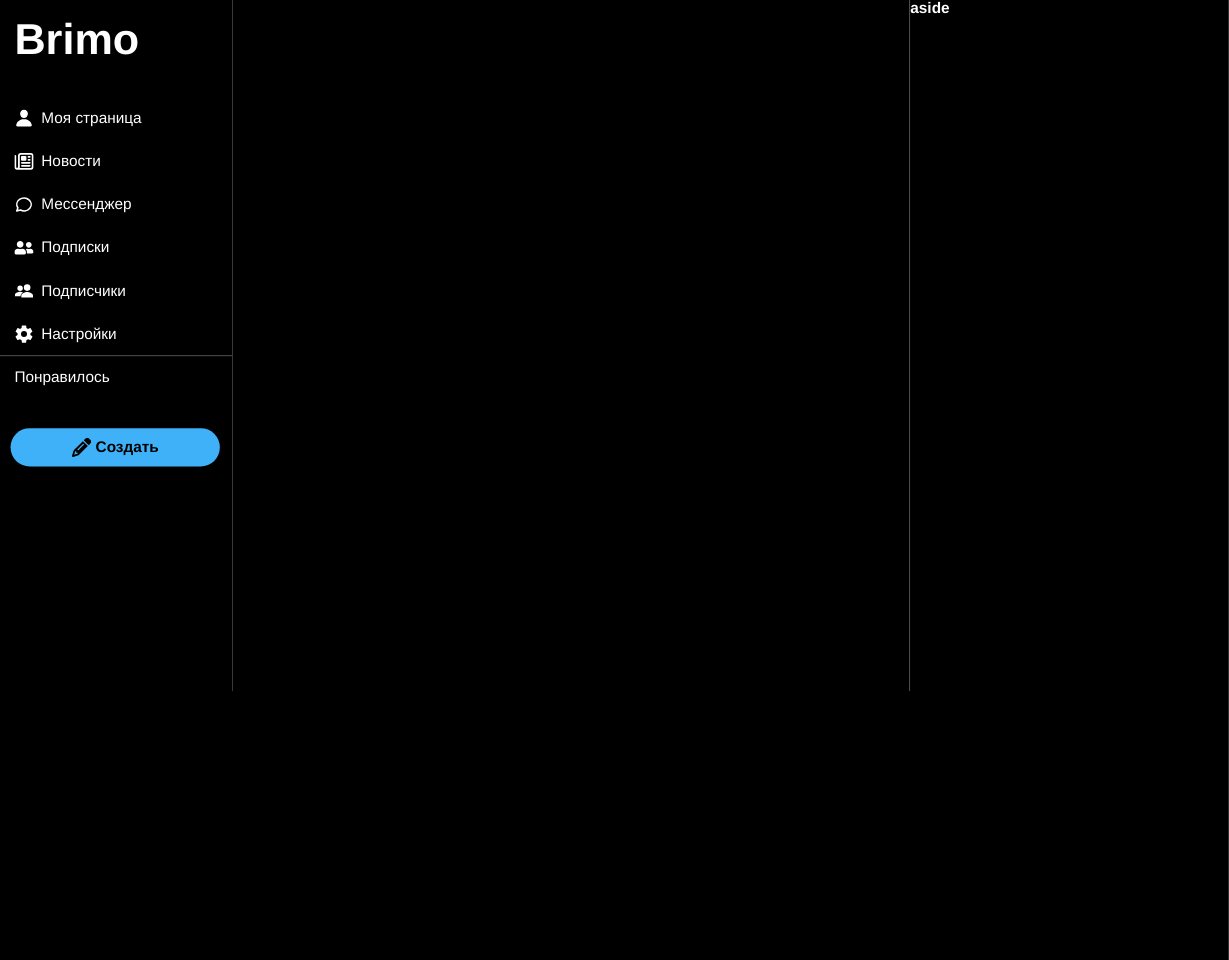
Repository: MaksimKrupkin/socialNetwork
Page: / (app in frontend/socialNetworkFrontend/)
These files come from the project's save history. The page is drawn as it stood at one moment and after the next save; the edit follows.
The browser window is 1280 px wide. The pictures show the whole page, at 96% of full size.
The project was rebuilt for these pictures with package versions that can differ from the ones it lists, and the page was loaded fresh each time. Also part of the build but not shown: frontend/socialNetworkFrontend/vite.config.js, frontend/socialNetworkFrontend/src/index.css, frontend/socialNetworkFrontend/src/Components/Search/Search.Module.Scss.

Above is the page before, as saved 2024-11-27 20:55:33.

### frontend/socialNetworkFrontend/index.html
<!DOCTYPE html>
<html lang="en">
  <head>
    <meta charset="UTF-8" />
    <link rel="icon" type="image/svg+xml" href="/vite.svg" />
    <meta name="viewport" content="width=device-width, initial-scale=1.0" />
    <title>Brimo</title>
  </head>
  <body>
    <div id="root"></div>
    <script type="module" src="/src/main.jsx"></script>
  </body>
</html>

### frontend/socialNetworkFrontend/src/App.jsx
import './App.css';
import { Routes, Route } from 'react-router-dom';
import MainPage from './Pages/MainPage/MainPage';

function App() {
  return (
    <div>
      <Routes>
        <Route path="/" element={<MainPage />} />
      </Routes>
    </div>
  );
}

export default App;

### frontend/socialNetworkFrontend/src/Pages/MainPage/MainPage.jsx
import React from 'react';
import styles from './MainPage.module.scss';
import Navigation from '../../Components/Navigation/Navigation';
import Aside from '../../Components/Aside/Aside';

function MainPage() {
  return (
    <div className={styles.wrapper}>
      <Navigation />
      <Aside />
    </div>
  );
}
export default MainPage;

### frontend/socialNetworkFrontend/src/Pages/MainPage/MainPage.module.scss
.wrapper {
  margin: 0 auto;
  background-color: black;
  width: 100%;
  height: 1000px;
  color: white;
  font-weight: 700;
  font-family: 'Favorit Modern', 'Helvetica Neue', 'HelveticaNeue', Arial, Helvetica, sans-serif;
}

### frontend/socialNetworkFrontend/src/Components/Navigation/Navigation.jsx
import React from 'react';
import styles from './Navigation.module.scss';
import { FaRegNewspaper } from 'react-icons/fa6';
import { TbMessageCircle } from 'react-icons/tb';
import { IoPerson } from 'react-icons/io5';
import { FaUserFriends } from 'react-icons/fa';
import { IoPeopleSharp } from 'react-icons/io5';
import { IoSettingsSharp } from 'react-icons/io5';
import { FaPencil } from 'react-icons/fa6';

const Navigation = () => {
  return (
    <div className={styles.wrapper}>
      <header className={styles.header}>
        <div className={styles.logo}>Brimo</div>
      </header>
      <div className={styles.item}>
        <IoPerson fontSize={20} />
        <span className={styles.text}>Моя страница</span>
      </div>
      <div className={styles.item}>
        <FaRegNewspaper fontSize={20} />
        <span className={styles.text}>Новости</span>
      </div>
      <div className={styles.item}>
        <TbMessageCircle fontSize={20} />
        <span className={styles.text}>Мессенджер</span>
      </div>
      <div className={styles.item}>
        <FaUserFriends fontSize={20} />
        <span className={styles.text}>Подписки</span>
      </div>
      <div className={styles.item}>
        <IoPeopleSharp fontSize={20} />
        <span className={styles.text}>Подписчики</span>
      </div>
      <div className={styles.item}>
        <IoSettingsSharp fontSize={20} />
        <span className={styles.text}>Настройки</span>
      </div>
      <hr className={styles.line} />
      <div className={styles.item}>
        <span className={styles.text}>Понравилось</span>
      </div>
      <div className={styles.create_new}>
        <FaPencil style={{ color: 'black', fontSize: '20px' }} />
        <span className={styles.button_text}>Создать</span>
      </div>
    </div>
  );
};

export default Navigation;

### frontend/socialNetworkFrontend/src/Components/Aside/Aside.jsx
import React from 'react';
import styles from './Aside.module.scss';

function Aside() {
  return <div className={styles.wrapper}>aside</div>;
}

export default Aside;

### frontend/socialNetworkFrontend/src/Components/Navigation/Navigation.module.scss
.wrapper {
  width: 19%;
  height: 100vh;
  position: fixed;
  top: 0;
  left: 0;
  margin-top: 0px;
  overflow-y: hidden;
  border-right: 0.5px solid rgb(83, 83, 90);
}
.header {
  height: 100px;
  padding: 15px;
  .logo {
    font-size: 45px;
  }
}
.item {
  padding-left: 15px;
  height: 45px;
  display: flex;
  align-items: center;
  justify-content: flex-start;
  gap: 8px;
}
.text {
  font-size: 16px;
  font-weight: 300;
}
.item:hover {
  background-color: rgb(34, 34, 34);
}
.line {
  width: 100%;
  height: 0.5px;
  background-color: rgb(83, 83, 90);
  border: none;
}

.create_new {
  margin-left: 11px;
  margin-top: 30px;
  width: 90%;
  height: 40px;
  background-color: rgb(63, 177, 248);
  border-radius: 25px;
  display: flex;
  justify-content: center;
  align-items: center;
  gap: 5px;
  .button_text {
    color: black;
  }
}
.create_new:hover {
  background-color: rgb(92, 189, 250);
  transition: all 0.1s ease-in;
}

### frontend/socialNetworkFrontend/src/Components/Aside/Aside.module.scss
.wrapper {
  position: fixed;
  width: 26%;
  height: 100%;
  right: 0;
  top: 0;
  border-left: 0.5px solid rgb(83, 83, 90);
}

### frontend/socialNetworkFrontend/src/Components/Search/Search.jsx
import React from 'react';
import styles from './Search.Module.scss';
import { IoSearchSharp } from 'react-icons/io5';

function Search() {
  return (
    <div className={styles.wrapper}>
      <IoSearchSharp />
      <input type="text" placeholder="Поиск в Brimo" />
    </div>
  );
}

export default Search;

Loaded but not shown: frontend/socialNetworkFrontend/src/main.jsx (common file); frontend/socialNetworkFrontend/src/App.css (common file)

After the next save:
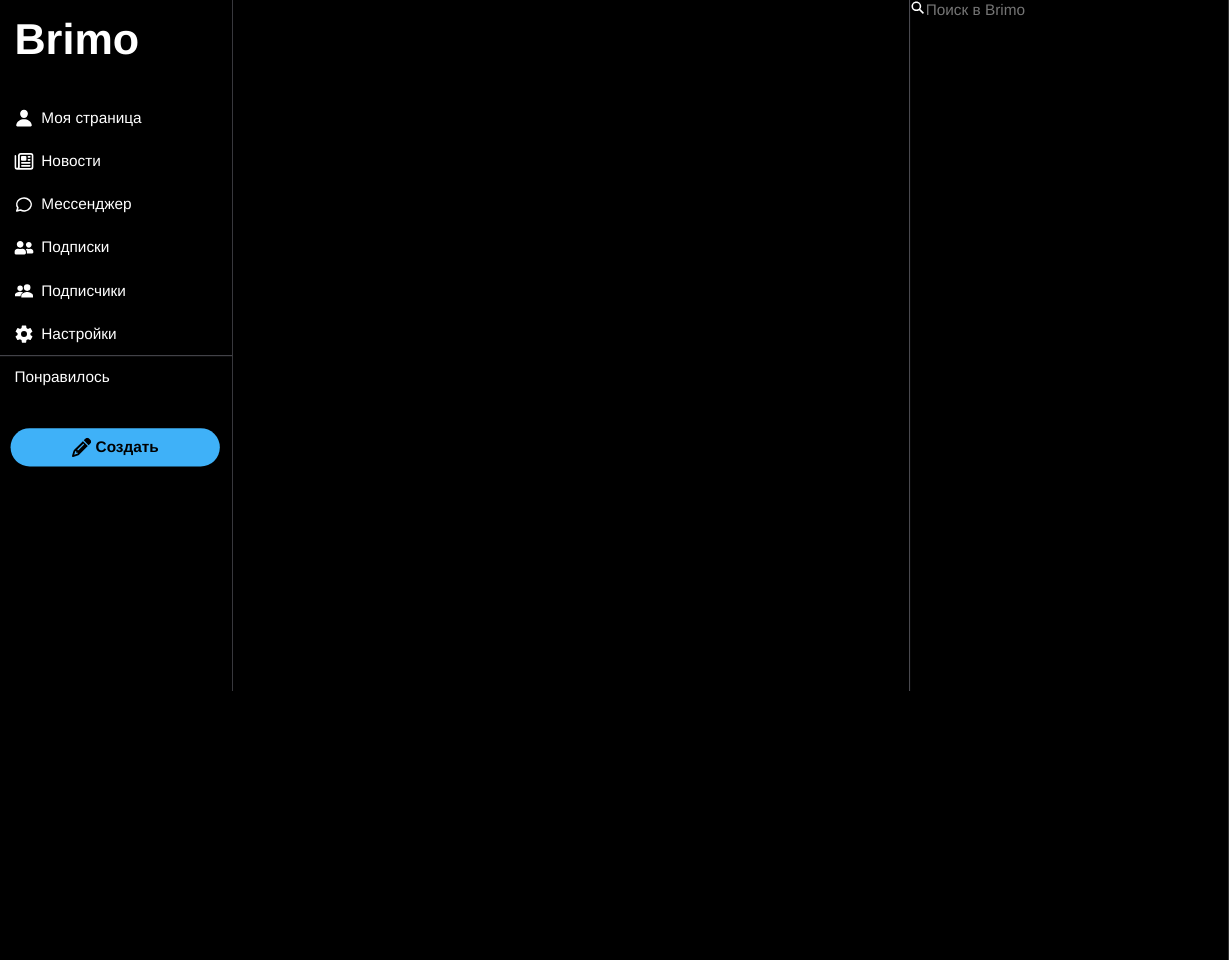
Saved 25 s later.
--- a/frontend/socialNetworkFrontend/src/Components/Aside/Aside.jsx
+++ b/frontend/socialNetworkFrontend/src/Components/Aside/Aside.jsx
@@ -1,8 +1,13 @@
 import React from 'react';
+import Search from '../Search/Search';
 import styles from './Aside.module.scss';
 
 function Aside() {
-  return <div className={styles.wrapper}>aside</div>;
+  return (
+    <div className={styles.wrapper}>
+      <Search />
+    </div>
+  );
 }
 
 export default Aside;
